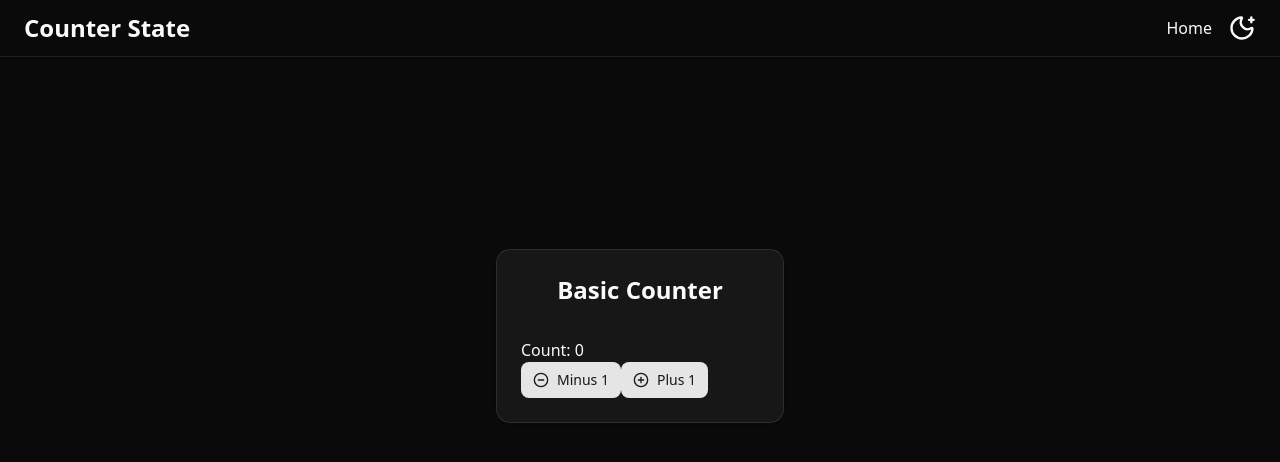
Repository: dev-piyushsarkar/counter-state-project
Page: /
An editor plug-in stored every save of this project. The page is shown before and after the next save, followed by the edit.
The browser window is 1280 px wide. The pictures show the whole page.
The project was rebuilt for these pictures with package versions that can differ from the ones it lists, and the page was loaded fresh each time. The framework's server and built-in components were replaced by stand-ins that run in the browser. Also part of the build but not shown: next.config.ts.

Above is the page before, as saved 2025-11-15 13:42:52.

### src/app/layout.tsx
import Header from "@/components/Header/Header";
import ThemeProvider from "@/components/Providers/ThemeProvider";
import "./globals.css";

type RootLayoutProps = {
	children: React.ReactNode;
};

const RootLayout = ({ children }: Readonly<RootLayoutProps>) => {
	return (
		<html
			lang="en"
			suppressHydrationWarning>
			<body>
				<ThemeProvider
					attribute={"class"}
					defaultTheme="dark"
					enableSystem={false}>
					<Header />

					<main className="mx-auto max-w-7xl px-6 py-3">{children}</main>
				</ThemeProvider>
			</body>
		</html>
	);
};

export default RootLayout;

### src/app/page.tsx
import { Button } from "@/components/shadcnui/button";
import {
	Card,
	CardContent,
	CardHeader,
	CardTitle,
} from "@/components/shadcnui/card";
import { MinusCircle, PlusCircleIcon } from "lucide-react";
import { Metadata } from "next";

export const metadata: Metadata = {
	title: "Nextjs Starter Frontend",
	description: "Production grade Next.js starter template",
};

const page = () => {
	return (
		<section className="grid h-[90dvh] place-items-center">
			<Card className="w-2xs">
				<CardHeader>
					<CardTitle className="text-center text-2xl font-semibold">
						Basic Counter
					</CardTitle>
				</CardHeader>
				<CardContent>
					<div className="">Count: 0</div>
					<div className="">
						<Button>
							<MinusCircle /> Minus 1
						</Button>
						<Button>
							<PlusCircleIcon /> Plus 1
						</Button>
					</div>
				</CardContent>
			</Card>
		</section>
	);
};

export default page;

### src/components/Header/Header.tsx
import Link from "next/link";
import ThemeToggleButton from "../ThemeToggleButton";

const Header = () => {
	return (
		<header
			className="fixed right-0 left-0 border-b shadow"
			aria-label="app-header">
			<div className="mx-auto flex max-w-7xl items-center justify-between px-6 py-3">
				<Link href={"/"}>
					<h1
						className="text-2xl font-semibold"
						aria-label="App Name">
						Counter State
					</h1>
				</Link>

				<nav className="flex items-center gap-4">
					<Link href={"/"}>Home</Link>

					<ThemeToggleButton />
				</nav>
			</div>
		</header>
	);
};

export default Header;

### src/components/Providers/ThemeProvider.tsx
"use client";

import { ThemeProvider as NextThemesProvider } from "next-themes";
import { ComponentProps } from "react";

type ThemeProviderProps = ComponentProps<typeof NextThemesProvider>;

const ThemeProvider = ({ children, ...props }: ThemeProviderProps) => {
	return <NextThemesProvider {...props}>{children}</NextThemesProvider>;
};

export default ThemeProvider;

### src/components/shadcnui/button.tsx
import * as React from "react"
import { Slot } from "@radix-ui/react-slot"
import { cva, type VariantProps } from "class-variance-authority"

import { cn } from "@/lib/utils"

const buttonVariants = cva(
  "inline-flex items-center justify-center gap-2 whitespace-nowrap rounded-md text-sm font-medium transition-all disabled:pointer-events-none disabled:opacity-50 [&_svg]:pointer-events-none [&_svg:not([class*='size-'])]:size-4 shrink-0 [&_svg]:shrink-0 outline-none focus-visible:border-ring focus-visible:ring-ring/50 focus-visible:ring-[3px] aria-invalid:ring-destructive/20 dark:aria-invalid:ring-destructive/40 aria-invalid:border-destructive",
  {
    variants: {
      variant: {
        default: "bg-primary text-primary-foreground hover:bg-primary/90",
        destructive:
          "bg-destructive text-white hover:bg-destructive/90 focus-visible:ring-destructive/20 dark:focus-visible:ring-destructive/40 dark:bg-destructive/60",
        outline:
          "border bg-background shadow-xs hover:bg-accent hover:text-accent-foreground dark:bg-input/30 dark:border-input dark:hover:bg-input/50",
        secondary:
          "bg-secondary text-secondary-foreground hover:bg-secondary/80",
        ghost:
          "hover:bg-accent hover:text-accent-foreground dark:hover:bg-accent/50",
        link: "text-primary underline-offset-4 hover:underline",
      },
      size: {
        default: "h-9 px-4 py-2 has-[>svg]:px-3",
        sm: "h-8 rounded-md gap-1.5 px-3 has-[>svg]:px-2.5",
        lg: "h-10 rounded-md px-6 has-[>svg]:px-4",
        icon: "size-9",
        "icon-sm": "size-8",
        "icon-lg": "size-10",
      },
    },
    defaultVariants: {
      variant: "default",
      size: "default",
    },
  }
)

function Button({
  className,
  variant,
  size,
  asChild = false,
  ...props
}: React.ComponentProps<"button"> &
  VariantProps<typeof buttonVariants> & {
    asChild?: boolean
  }) {
  const Comp = asChild ? Slot : "button"

  return (
    <Comp
      data-slot="button"
      className={cn(buttonVariants({ variant, size, className }))}
      {...props}
    />
  )
}

export { Button, buttonVariants }

### src/components/shadcnui/card.tsx
import * as React from "react"

import { cn } from "@/lib/utils"

function Card({ className, ...props }: React.ComponentProps<"div">) {
  return (
    <div
      data-slot="card"
      className={cn(
        "bg-card text-card-foreground flex flex-col gap-6 rounded-xl border py-6 shadow-sm",
        className
      )}
      {...props}
    />
  )
}

function CardHeader({ className, ...props }: React.ComponentProps<"div">) {
  return (
    <div
      data-slot="card-header"
      className={cn(
        "@container/card-header grid auto-rows-min grid-rows-[auto_auto] items-start gap-2 px-6 has-data-[slot=card-action]:grid-cols-[1fr_auto] [.border-b]:pb-6",
        className
      )}
      {...props}
    />
  )
}

function CardTitle({ className, ...props }: React.ComponentProps<"div">) {
  return (
    <div
      data-slot="card-title"
      className={cn("leading-none font-semibold", className)}
      {...props}
    />
  )
}

function CardDescription({ className, ...props }: React.ComponentProps<"div">) {
  return (
    <div
      data-slot="card-description"
      className={cn("text-muted-foreground text-sm", className)}
      {...props}
    />
  )
}

function CardAction({ className, ...props }: React.ComponentProps<"div">) {
  return (
    <div
      data-slot="card-action"
      className={cn(
        "col-start-2 row-span-2 row-start-1 self-start justify-self-end",
        className
      )}
      {...props}
    />
  )
}

function CardContent({ className, ...props }: React.ComponentProps<"div">) {
  return (
    <div
      data-slot="card-content"
      className={cn("px-6", className)}
      {...props}
    />
  )
}

function CardFooter({ className, ...props }: React.ComponentProps<"div">) {
  return (
    <div
      data-slot="card-footer"
      className={cn("flex items-center px-6 [.border-t]:pt-6", className)}
      {...props}
    />
  )
}

export {
  Card,
  CardHeader,
  CardFooter,
  CardTitle,
  CardAction,
  CardDescription,
  CardContent,
}

### src/components/ThemeToggleButton.tsx
"use client";

import { MoonStar, Sun } from "lucide-react";
import { useTheme } from "next-themes";

const ThemeToggleButton = () => {
	const { theme, setTheme } = useTheme();

	return (
		<button
			onClick={() => setTheme(theme === "dark" ? "light" : "dark")}
			className="flex cursor-pointer items-center">
			<Sun
				size={28}
				className="-rotate-90 opacity-100 transition-all duration-300 dark:rotate-0 dark:opacity-0"
			/>

			<MoonStar
				size={28}
				className="absolute -rotate-90 opacity-0 transition-all duration-300 dark:rotate-0 dark:opacity-100"
			/>
		</button>
	);
};

export default ThemeToggleButton;

### src/lib/utils.ts
import { clsx, type ClassValue } from "clsx";
import { twMerge } from "tailwind-merge";

export const cn: typeof clsx = (...inputs: ClassValue[]) => {
	return twMerge(clsx(inputs));
};

Loaded but not shown: src/app/globals.css (common file)

After the next save:
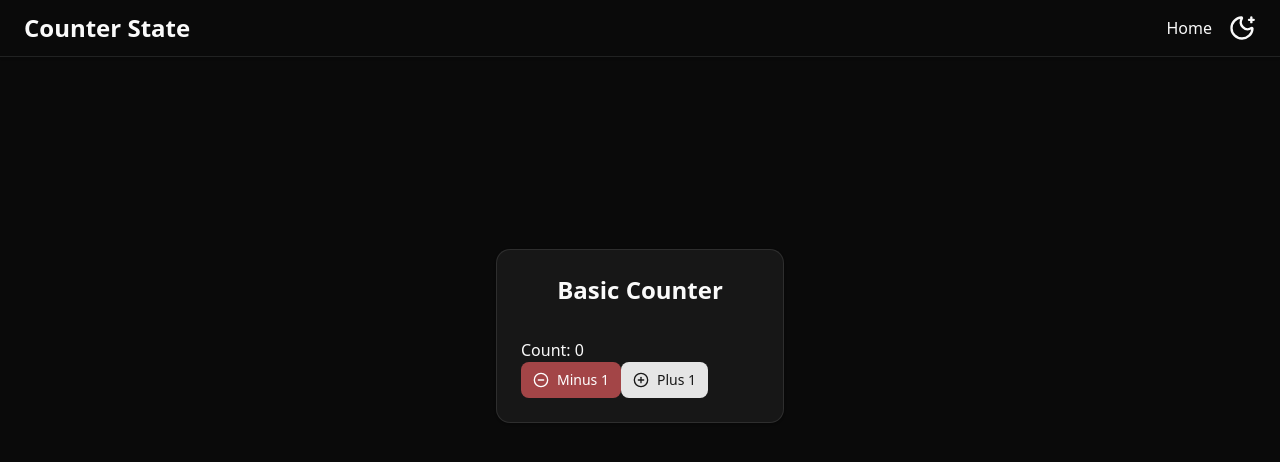
Saved 3 min 59 s later.
--- a/src/app/page.tsx
+++ b/src/app/page.tsx
@@ -25,7 +25,7 @@ const page = () => {
 				<CardContent>
 					<div className="">Count: 0</div>
 					<div className="">
-						<Button>
+						<Button variant={"destructive"}>
 							<MinusCircle /> Minus 1
 						</Button>
 						<Button>
